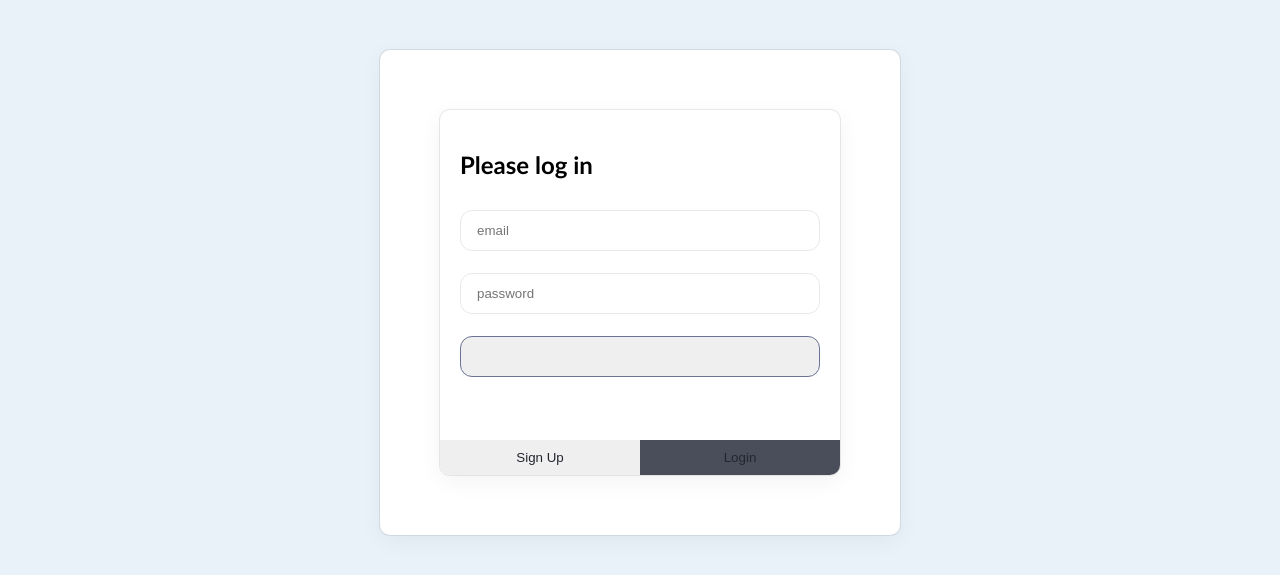
Repository: mosesvk/_todo
Page: / (app in client/)
An editor plug-in stored every save of this project. The page is shown before and after the next save, followed by the edit.
The browser window is 1280 px wide. The pictures show the whole page.
The project was rebuilt for these pictures with package versions that can differ from the ones it lists, and the page was loaded fresh each time. Also part of the build but not shown: client/vite.config.js, client/src/components/Modal.jsx, client/src/components/ListHeader.jsx, client/src/components/ProgressBar.jsx, client/src/components/ListItem.jsx. Imported but missing from the stored project, and not drawn on this page: client/src/components/TickIcon.

Above is the page before, as saved 2023-05-11 14:36:34.

After the next save:
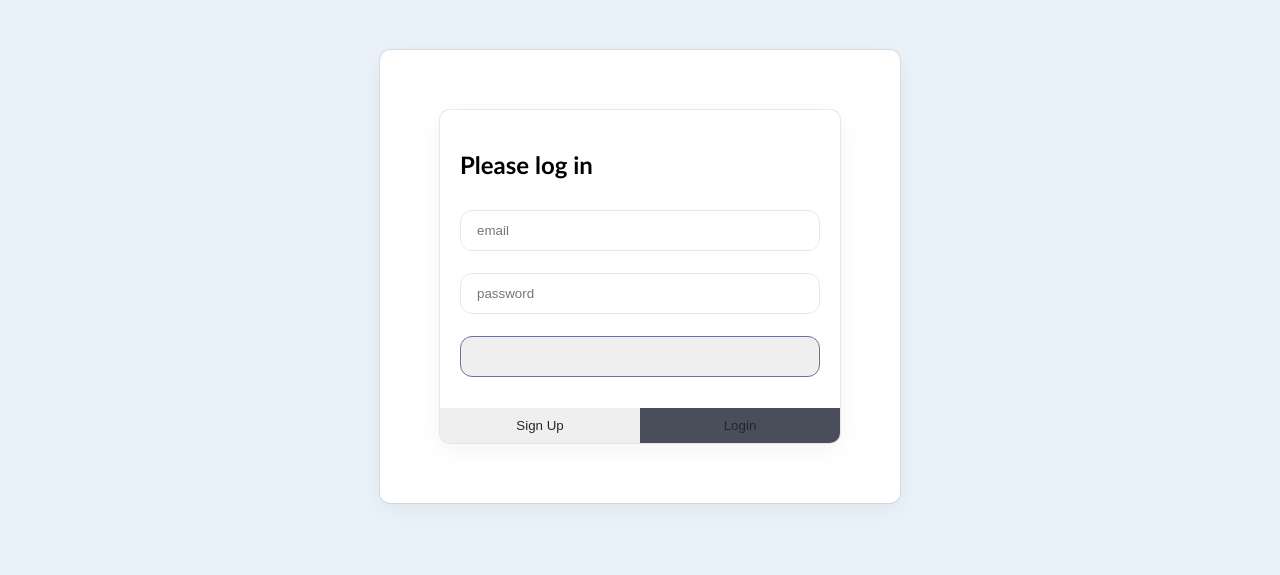
Saved 49 s later.
--- a/client/src/components/Auth.jsx
+++ b/client/src/components/Auth.jsx
@@ -77,7 +77,7 @@ const Auth = () => {
             className='create'
             onClick={(e) => handleSubmit(e, isLogin ? 'login' : 'signup')}
           />
-          <p>{error}</p>
+          {error && <p>{error}</p>}
         </form>
         <div className='auth-options'>
           <button
